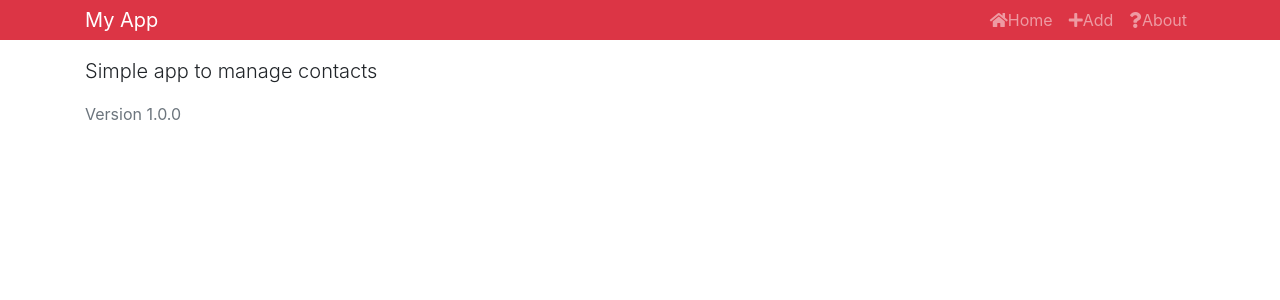
Repository: Mtbwka/contactmanager
Page: /about
An editor plug-in stored every save of this project. The page is shown before and after the next save, followed by the edit.
The browser window is 1280 px wide. The pictures show the whole page.
Some web libraries are served in a nearby version. The project was rebuilt for these pictures with package versions that can differ from the ones it lists, and the page was loaded fresh each time. Also part of the build but not shown: src/components/contacts/Contact.js, src/components/contacts/Contacts.js, src/components/layout/TextInputGroup.js, src/components/contacts/AddContact.js.

Above is the page before, as saved 2019-05-08 21:54:28.

After the next save:
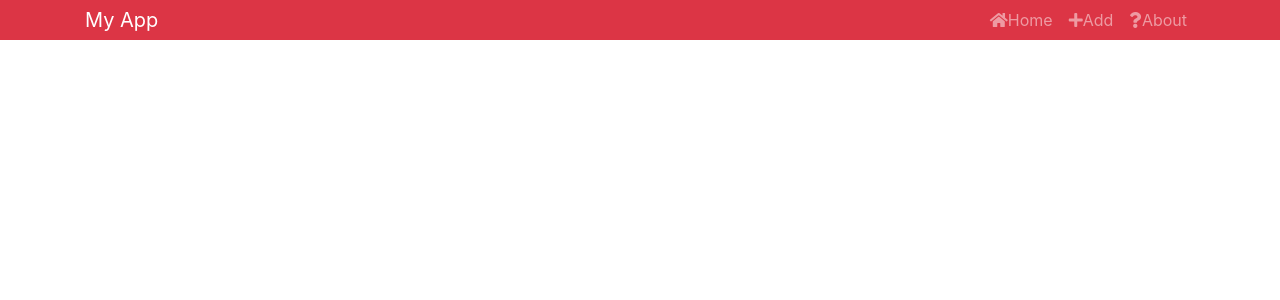
Saved 38 s later.
--- a/src/App.js
+++ b/src/App.js
@@ -19,7 +19,7 @@ class App extends Component {
               <Switch>
                 <Route exact path='/' component={Contacts} />
                 <Route exact path='/contact/add' component={AddContact} />
-                <Route exact path='/about' component={About} />
+                <Route exact path='/about/:id' component={About} />
               </Switch>
             </div>
           </div>
